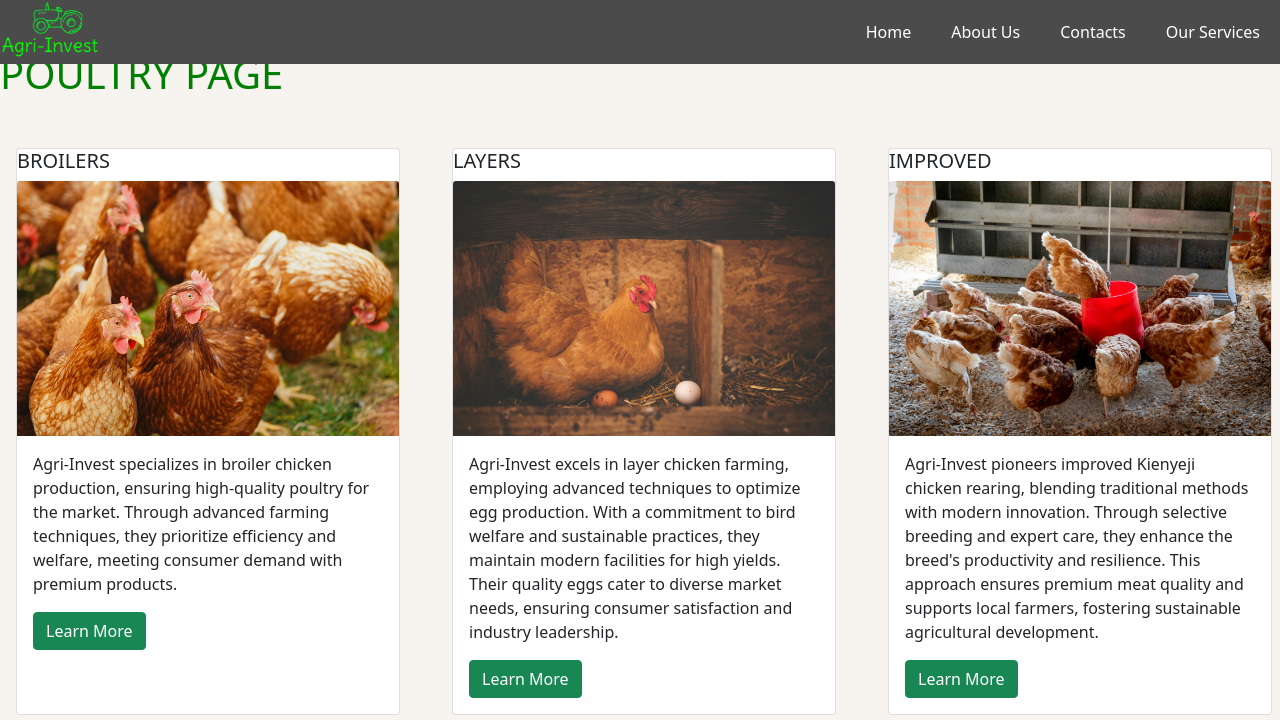
Repository: Allevandrose/Agri-invest
Page: poultry.html
The author's editor kept a copy of each file at every save. The page is drawn from the files as they stood at one save, then again after the next save.
The browser window is 1280 px wide. The pictures show the whole page.

Above is the page before, as saved 2024-04-13 15:51:16.

### poultry.html
<!DOCTYPE html>
<html lang="en">

<head>
    <meta charset="UTF-8">
    <link href="https://cdn.jsdelivr.net/npm/bootstrap@5.0.2/dist/css/bootstrap.min.css" rel="stylesheet" integrity="sha384-EVSTQN3/azprG1Anm3QDgpJLIm9Nao0Yz1ztcQTwFspd3yD65VohhpuuCOmLASjC" crossorigin="anonymous">
    <meta name="viewport" content="width=device-width, initial-scale=1.0">
    <link rel="stylesheet" href="poultry.css">
    <title>Document</title>
</head>

<body>
    <h1 class="h1">POULTRY PAGE</h1>
    <!-- nav bar -->
    <nav>
        <div class="nav1">
            <img src="poultry images/logo.png" alt="logo" class="logo">
        </div>
        <div class="nav2">
            <div><a href="#">Home</a></div>
            <div><a href="#">About Us</a></div>
            <div><a href="#">Contacts</a></div>
            <div><a href="#">Our Services</a></div>
        </div>
    </nav>

    <div class="card-container d-flex flex-row">
        <div class="card mr-2" style="width: 24rem;">
            <h5 class="card-title"> BROILERS</h5>
            <img src="poultry images/chick1.jpg" class="card-img-top" alt="...">
            <div class="card-body">
                <p class="card-text">Agri-Invest specializes in broiler chicken production, ensuring high-quality poultry for the market. Through advanced farming techniques, they prioritize efficiency and welfare, meeting consumer demand with premium products. </p>
                <a href="#" class="btn btn-success">Learn More</a>
            </div>
        </div>
        <div class="card mr-2" style="width: 24rem;">
            <h5 class="card-title">LAYERS</h5>
            <img src="poultry images/chick2.jpg" class="card-img-top" alt="...">
            <div class="card-body">
                <p class="card-text">Agri-Invest excels in layer chicken farming, employing advanced techniques to optimize egg production. With a commitment to bird welfare and sustainable practices, they maintain modern facilities for high yields. Their quality eggs cater
                    to diverse market needs, ensuring consumer satisfaction and industry leadership.</p>
                <a href="#" class="btn btn-success">Learn More</a>
            </div>
        </div>
        <div class="card mr-2" style="width: 24rem;">
            <h5 class="card-title">IMPROVED</h5>
            <img src="poultry images/chick3.jpg" class="card-img-top" alt="...">
            <div class="card-body">

                <p class="card-text">Agri-Invest pioneers improved Kienyeji chicken rearing, blending traditional methods with modern innovation. Through selective breeding and expert care, they enhance the breed's productivity and resilience. This approach ensures premium
                    meat quality and supports local farmers, fostering sustainable agricultural development.</p>
                <a href="#" class="btn btn-success">Learn More</a>
            </div>
        </div>




        <!-- script tag -->
        <script src="https://cdn.jsdelivr.net/npm/bootstrap@5.0.2/dist/js/bootstrap.bundle.min.js" integrity="sha384-MrcW6ZMFYlzcLA8Nl+NtUVF0sA7MsXsP1UyJoMp4YLEuNSfAP+JcXn/tWtIaxVXM" crossorigin="anonymous"></script>
</body>

</html>

### poultry.css
body {
    background-color: rgb(247, 243, 239);
}

.h1 {
    color: green;
    margin-top: 50px;
}

.card-container {
    display: flex;
    flex-wrap: wrap;
    justify-content: space-between;
    margin-left: 16px;
    margin-right: 8px;
}

nav {
    position: fixed;
    top: 0;
    z-index: 1;
    width: 100%;
    background-color: #4b4b4b;
    display: flex;
    justify-content: space-between;
    flex-wrap: wrap;
}

.logo {
    width: 40%;
}

.nav2 {
    display: flex;
    flex-direction: row;
    justify-content: space-evenly;
    align-items: center;
    flex-wrap: wrap;
}

.nav2 a {
    display: flex;
    color: white;
    align-items: center;
    text-decoration: none;
    padding: 20px;
}

.nav2 a:hover {
    color: rgb(17, 235, 17);
}

.card-container {
    margin-top: 50px;
}

After the next save:
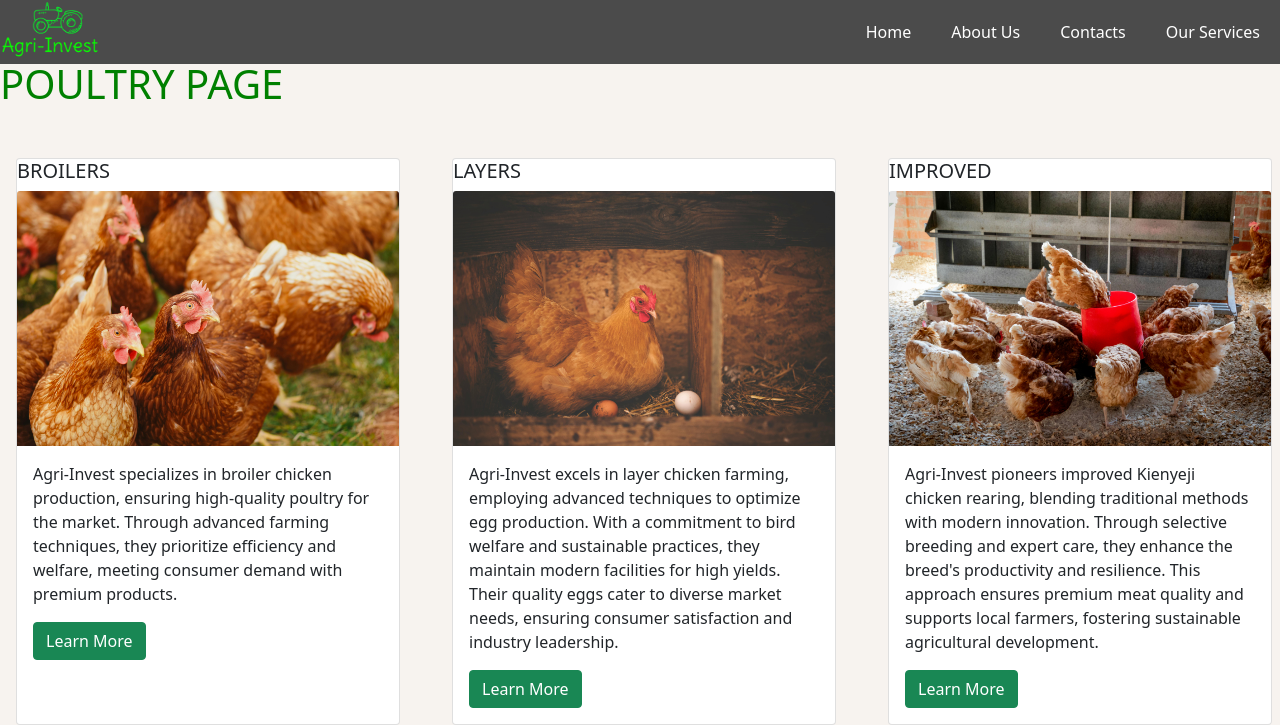
Saved 9 s later.
--- a/poultry.css
+++ b/poultry.css
@@ -4,7 +4,7 @@ body {
 
 .h1 {
     color: green;
-    margin-top: 50px;
+    margin-top: 60px;
 }
 
 .card-container {
